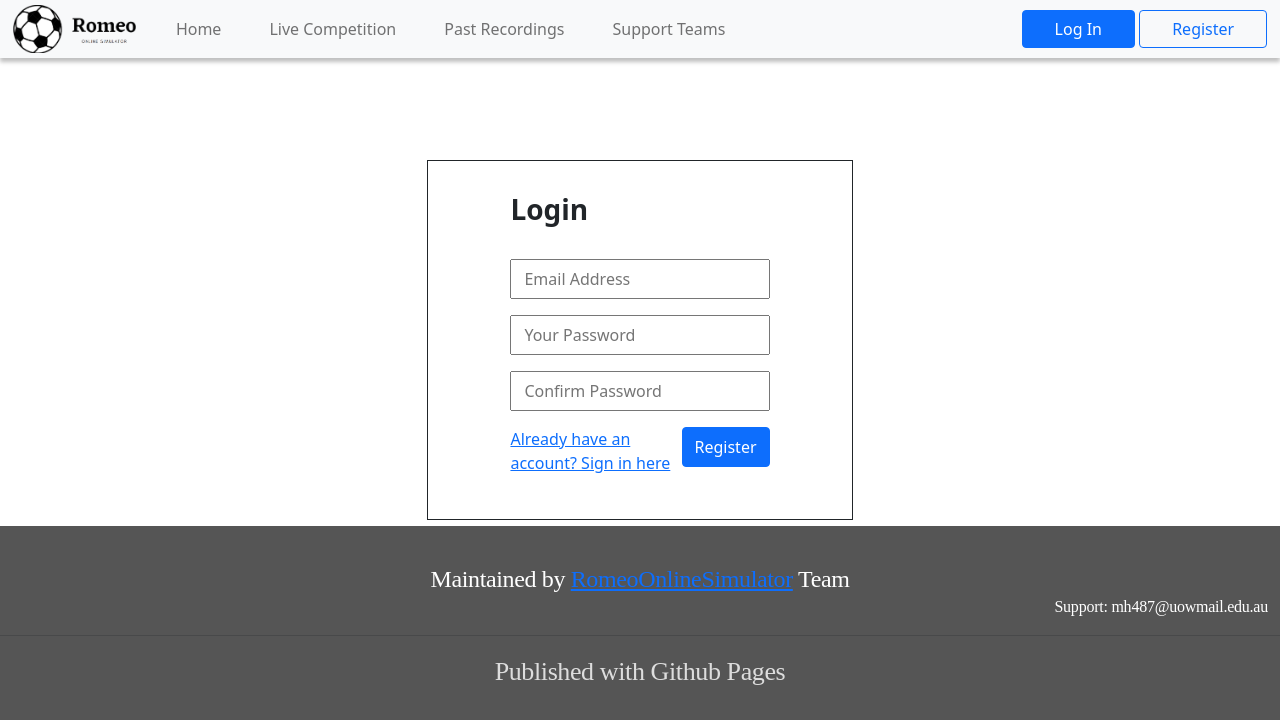
Repository: romeoonlinesim/romeoonlinesim.github.io
Page: login.html
An editor plug-in stored every save of this project. The page is shown before and after the next save, followed by the edit.
The browser window is 1280 px wide. The pictures show the whole page.

Above is the page before, as saved 2021-05-19 16:05:17.

After the next save:
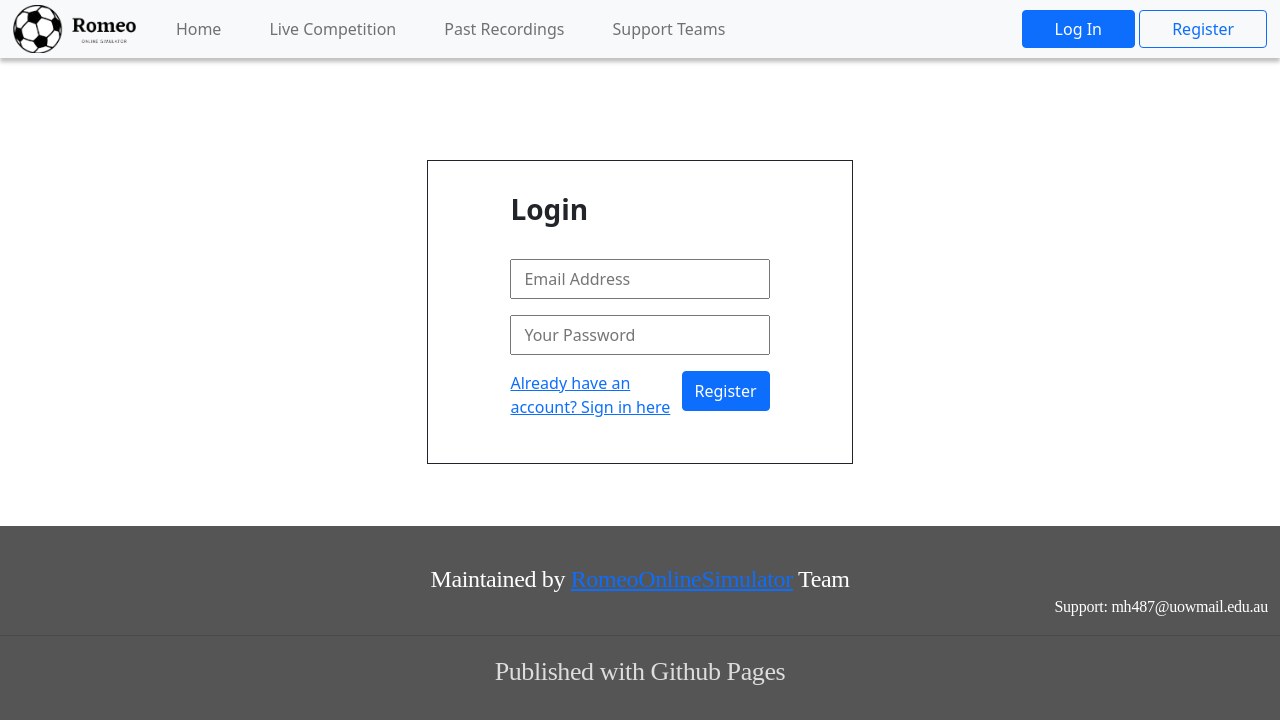
Saved 6 min 0 s later.
--- a/login.html
+++ b/login.html
@@ -247,16 +247,10 @@
                 </div>
                 <div class="pb-3">
                     <input id="password" type="password" class="input-others" name="password" placeholder="Your Password" />
-
-                </div>
-                <meter max="4" id="password-strength-meter" class="no-display"></meter>
-
-                <div class="pb-3">
-                    <input type="password" class="input-others" name="cpassword" placeholder="Confirm Password" />
                 </div>
                 <div class="d-flex">
                     <div class="already">
-                        <a style="vertical-align: middle; display:table-cell;" href="#Login">Already have an account? Sign in here</a>
+                        <a style="vertical-align: middle; display:table-cell;" href="register.html">Already have an account? Sign in here</a>
                     </div>
 
                     <input type="button" class="btn btn-primary" value="Register" />
